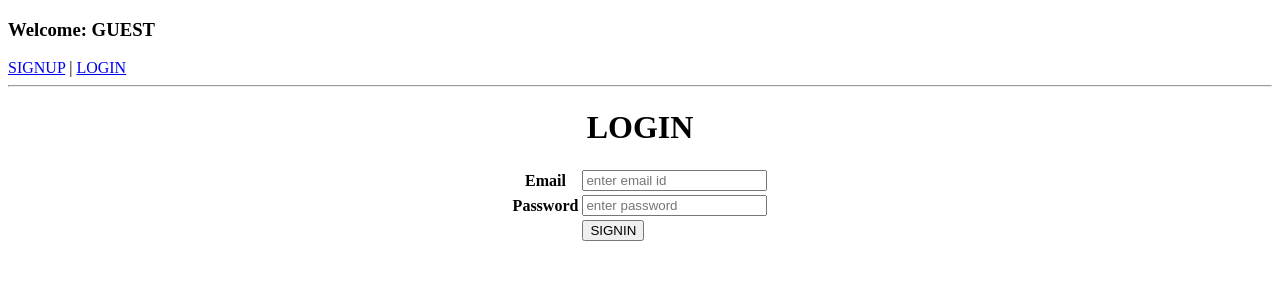
Repository: shadkhan8815/Advance-java
Page: http://localhost/Web-Project/LoginCtl
An editor plug-in stored every save of this project. The page is shown before and after the next save, followed by the edit.
The browser window is 1280 px wide. The pictures show the whole page.
The page is served by Tomcat 9. Other server files are loaded and not shown.

Above is the page before, as saved 2025-04-24 11:14:43.

### Web-Project/WebContent/LoginView.jsp
<%@ page language="java" contentType="text/html; charset=ISO-8859-1"
	pageEncoding="ISO-8859-1"%>
<!DOCTYPE html>
<html>
<head>
<meta charset="ISO-8859-1">
<title>Insert title here</title>
</head>
<body>
	<%@ include file="Header.jsp"%>
	<h1 align="center">LOGIN</h1>

	<%
		String msg = (String) request.getAttribute("msg");
	%>
	<%
		if (msg != null) {
	%>
	<h3 align="center"><%=msg%></h3>
	<%
		}
	%>
	<form action="LoginCtl" method="post">
		<center>
			<table>
				<tr>
					<th>Email</th>
					<td><input type="email" name="loginId"
						placeholder="enter email id"></td>
				</tr>
				<tr>
					<th>Password</th>
					<td><input type="password" name="password"
						placeholder="enter password"></td>
				</tr>
				<tr>
					<th></th>
					<td><input type="submit" value="SIGNIN" name="operation"></td>
				</tr>
			</table>
		</center>

	</form>

</body>
</html>

### Web-Project/WebContent/Header.jsp
<%@page import="com.rays.bean.UserBean"%>
<%@ page language="java" contentType="text/html; charset=ISO-8859-1"
	pageEncoding="ISO-8859-1"%>
<!DOCTYPE html>
<html>
<head>
<meta charset="ISO-8859-1">
<title>Insert title here</title>
</head>
<body>
	<%
		UserBean user = (UserBean) session.getAttribute("user");
	%>
	<%
		if (user != null) {
	%>
	<h3><%="Welcome:  " + user.getFirstName() + " " + user.getLastName()%></h3>
	<a href="#"> ADD USER</a> ||
	<a href="#"> USER LIST</a> ||
	<a href="LoginCtl?operation=LOGOUT">LOGOUT</a>
	<%
		} else {
	%>
	<h3>Welcome: GUEST</h3>
	<a href="UserRegistrationCtl">SIGNUP</a> |
	<a href="LoginCtl">LOGIN</a>
	<%
		}
	%>
	<hr>
</body>
</html>

### Web-Project/src/com/rays/controller/LoginCtl.java
package com.rays.controller;

import java.io.IOException;

import javax.servlet.RequestDispatcher;
import javax.servlet.ServletException;
import javax.servlet.annotation.WebServlet;
import javax.servlet.http.HttpServlet;
import javax.servlet.http.HttpServletRequest;
import javax.servlet.http.HttpServletResponse;
import javax.servlet.http.HttpSession;

import com.rays.bean.UserBean;
import com.rays.model.UserModel;

@WebServlet("/LoginCtl")
public class LoginCtl extends HttpServlet {

	@Override
	protected void doGet(HttpServletRequest request, HttpServletResponse response)
			throws ServletException, IOException {
		String op = request.getParameter("operation");

		if (op != null && op.equals("LOGOUT")) {
			HttpSession session = request.getSession();
			session.invalidate(); // distroye karna
			request.setAttribute("msg", "User Logout Successfully");
		}
		RequestDispatcher rd = request.getRequestDispatcher("LoginView.jsp");
		rd.forward(request, response);

	}

	@Override
	protected void doPost(HttpServletRequest request, HttpServletResponse response)
			throws ServletException, IOException {

		UserBean bean = new UserBean();

		UserModel model = new UserModel();

		String op = request.getParameter("operation");

		String loginId = request.getParameter("loginId");
		String password = request.getParameter("password");

		HttpSession session = request.getSession();

		if (op.equals("SIGNIN")) {

			try {
				bean = model.authenticate(loginId, password);

				if (bean != null) {
					session.setAttribute("user", bean);
					// response.sendRedirect("WelcomeView.jsp");
					request.setAttribute("msg", "User Login Successfully");
					RequestDispatcher rd = request.getRequestDispatcher("WelcomeView.jsp");
					rd.forward(request, response);
				} else {
					request.setAttribute("msg", "Invalid Loginid or Password");
					RequestDispatcher rd = request.getRequestDispatcher("LoginView.jsp");
					rd.forward(request, response);
				}
			} catch (Exception e) {
				e.printStackTrace();
			}
		}

	}

}

After the next save:
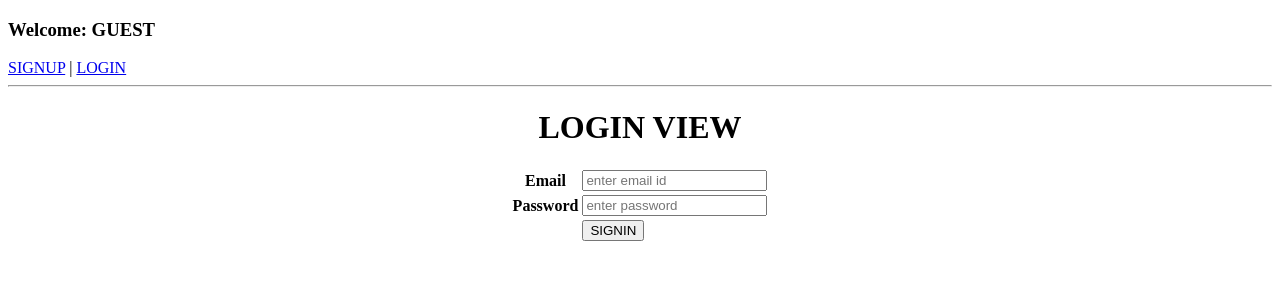
Saved 98 s later.
--- a/Web-Project/WebContent/LoginView.jsp
+++ b/Web-Project/WebContent/LoginView.jsp
@@ -8,7 +8,7 @@
 </head>
 <body>
 	<%@ include file="Header.jsp"%>
-	<h1 align="center">LOGIN</h1>
+	<h1 align="center">LOGIN VIEW</h1>
 
 	<%
 		String msg = (String) request.getAttribute("msg");
